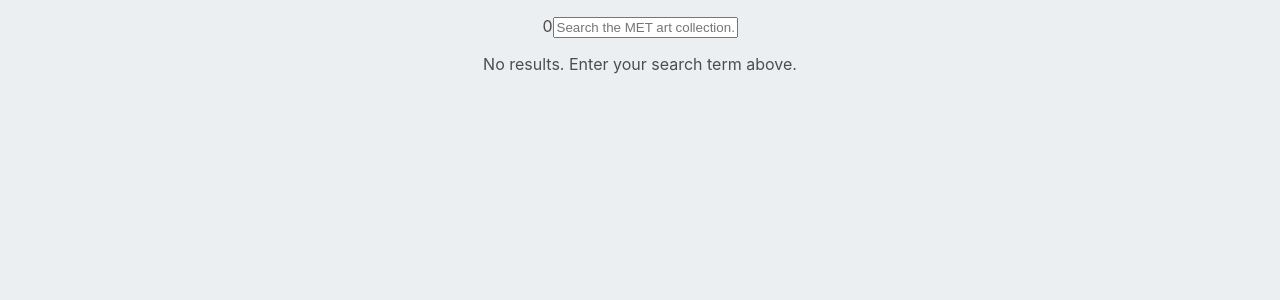
Repository: edulis8/MetSearchTool
Page: /
The author's editor kept a copy of each file at every save. The page is drawn from the files as they stood at one save, then again after a run of saves.
The browser window is 1280 px wide. The pictures show the whole page.
The project was rebuilt for these pictures with package versions that can differ from the ones it lists, and the page was loaded fresh each time. Also part of the build but not shown: src/Pokecard.css, src/Pokecard.js, src/Pokedex.js.

Above is the page before, as saved 2020-01-16 11:54:30.

### src/App.js
import React from 'react';
import './App.css';
import Pokedex from './Pokedex';
import PokeGame from './PokeGame';

function App() {
  return (
    <div className="App">
      <PokeGame />
    </div>
  );
}

export default App;

### src/PokeGame.js
import React, { Component } from 'react'
// import Pokedex from './Pokedex';
import Axios from 'axios';
import Pokecard from './Pokecard';
// import './Pokedex.css';
const MET_API_BASE = 'https://collectionapi.metmuseum.org/public/collection/v1';

const debounce = (fn, delay) => {
    let timer = null;
    return function (...args) {
        const context = this;
        timer && clearTimeout(timer);
        timer = setTimeout(() => {
            fn.apply(context, args);
        }, delay);
    };
}


class PokeGame extends Component {
    constructor(props) {
        super(props);
        this.state = {
            objects: [],
            searchTerm: '',
            searching: false
        }
        this.handleSearchInputChanges = this.handleSearchInputChanges.bind(this);
        this.search = debounce(this.search, 300);
    }
    // static defaultProps = {
    //     test: [
    //     ]
    // }
    handleSearchInputChanges(e) {
        const searchTerm = e.target.value;
        this.setState({ searchTerm })
        // console.log(this.state.searchTerm);
        this.search(searchTerm);
    }
    search(searchTerm) {
        console.log('searchTerm state', this.state.searchTerm);
        console.log('searchTerm local', searchTerm);
        this.setState({ objects: [], searching: true })

        Axios.get(`${MET_API_BASE}/search?q=${searchTerm}`).then((response) => {
            // console.log(response.data.objectIDs.slice(0, 20));
            // console.log(response.status, response.statusText);
            console.log('RESPONSE', response);
            if (response.data.objectIDs) {
                const objectIDs = response.data.objectIDs.slice(0, 20);
                objectIDs.forEach((id, idx) => {
                    Axios.get(`${MET_API_BASE}/objects/${id}`).then((response) => {
                        // console.log(idx, response.data);
                        const newObjects = [...this.state.objects];
                        newObjects.push(response.data);
                        this.setState({ objects: newObjects })
                    })
                });
            } else {
                this.setState({ objects: [] })
            }
            this.setState({ searching: false });
        });
    }
    componentDidMount() {
        console.log('didMount');
    }
    render() {
        return (
            <div className='Pokedex'>
                <p></p>{this.state.objects.length}
                {this.state.objects.searching}

                <input type="text" placeholder="Search the MET art collection..." onChange={this.handleSearchInputChanges} />
                <div class="Pokedex-cards">
                    {this.state.objects.map(object =>
                        // <img src={object.primaryImage}></img>
                        <div className='Pokedex-cards'>
                            <Pokecard {...object} />
                        </div>

                    )}
                    {!this.state.objects.length && !this.state.searching && <p>No results. Enter your search term above.</p>}
                    {this.state.searching && <p>Searching...</p>}
                </div>
            </div>
        )
    }
}

export default PokeGame;

### src/Pokedex.css
.Pokedex {
    text-align: center;
}
.Pokedex-cards {
    display: flex;
    justify-content: space-evenly;
    flex-wrap: wrap;
}

Loaded but not shown: public/index.html (common file); src/index.js (common file); src/index.css (common file); src/serviceWorker.js (common file); src/App.css (common file)

After the next 2 saves:
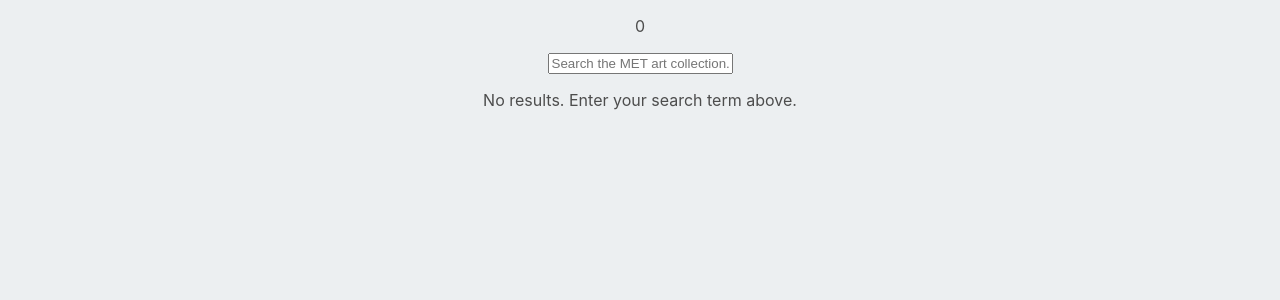
The 2 saves are shown as one change because they came seconds apart.
The last was saved 9 s later.
--- a/src/PokeGame.js
+++ b/src/PokeGame.js
@@ -69,7 +69,7 @@ class PokeGame extends Component {
     render() {
         return (
             <div className='Pokedex'>
-                <p></p>{this.state.objects.length}
+                <p>{this.state.objects.length}</p>
                 {this.state.objects.searching}
 
                 <input type="text" placeholder="Search the MET art collection..." onChange={this.handleSearchInputChanges} />
